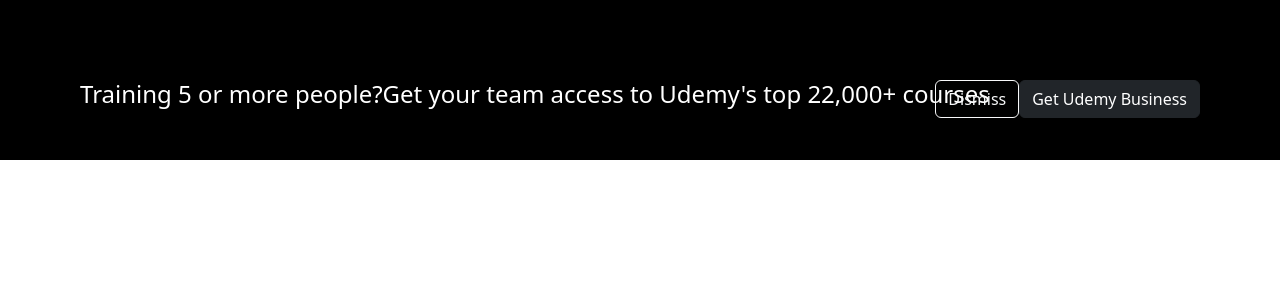
Repository: Taniafdes/newProject
Page: /division/division
These files come from the project's save history. The page is drawn as it stood at one moment and after the next save; the edit follows.
The browser window is 1280 px wide. The pictures show the whole page.
The project was rebuilt for these pictures with package versions that can differ from the ones it lists, and the page was loaded fresh each time. The framework's server and built-in components were replaced by stand-ins that run in the browser. Also part of the build but not shown: next.config.js.

Above is the page before, as saved 2023-06-15 16:23:40.

### pages/_app.js
import Head from "next/head";
import Script from "next/script";
import 'bootstrap/dist/css/bootstrap.css'
import 'bootstrap/dist/css/bootstrap.min.css'
function MyApp({ Component, pageProps }) {
  return (
    <>
      <Head>
        <meta name="viewport" content="width=device-width, initial-scale=1" />
      </Head>

      <Script
        src="https://cdn.jsdelivr.net/npm/bootstrap@5.0.0-beta1/dist/js/bootstrap.bundle.min.js"
        integrity="sha384-ygbV9kiqUc6oa4msXn9868pTtWMgiQaeYH7/t7LECLbyPA2x65Kgf80OJFdroafW"
        crossOrigin="anonymous"
      />
      <Component {...pageProps} />
    </>
  );
}
export default MyApp;

### pages/division/division.js
import React from 'react'
import { Container } from 'react-bootstrap';
import Button from 'react-bootstrap/Button';

const division = () => {
  return (
    <div>
    <div style={{backgroundColor: 'black', padding: '80px'}}>
    <h4 style={{width: '150px', whiteSpace: 'nowrap', float: 'left', color: 'white'}}>Training 5 or more people?Get your team access to Udemy's top 22,000+ courses</h4>
    <Button variant="dark mr-5" style={{float: "right"}}>Get Udemy Business</Button>
    <Button variant="outline-light" style={{float: "right"}}>Dismiss</Button>
    </div>
    </div>

  )
}

export default division

After the next save:
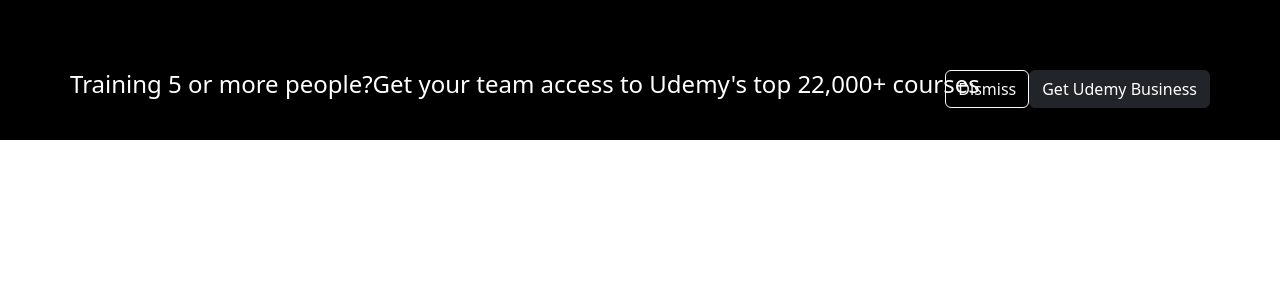
Saved 10 s later.
--- a/pages/division/division.js
+++ b/pages/division/division.js
@@ -5,7 +5,7 @@
 const division = () => {
   return (
     <div>
-    <div style={{backgroundColor: 'black', padding: '80px'}}>
+    <div style={{backgroundColor: 'black', padding: '70px'}}>
     <h4 style={{width: '150px', whiteSpace: 'nowrap', float: 'left', color: 'white'}}>Training 5 or more people?Get your team access to Udemy's top 22,000+ courses</h4>
     <Button variant="dark mr-5" style={{float: "right"}}>Get Udemy Business</Button>
     <Button variant="outline-light" style={{float: "right"}}>Dismiss</Button>
